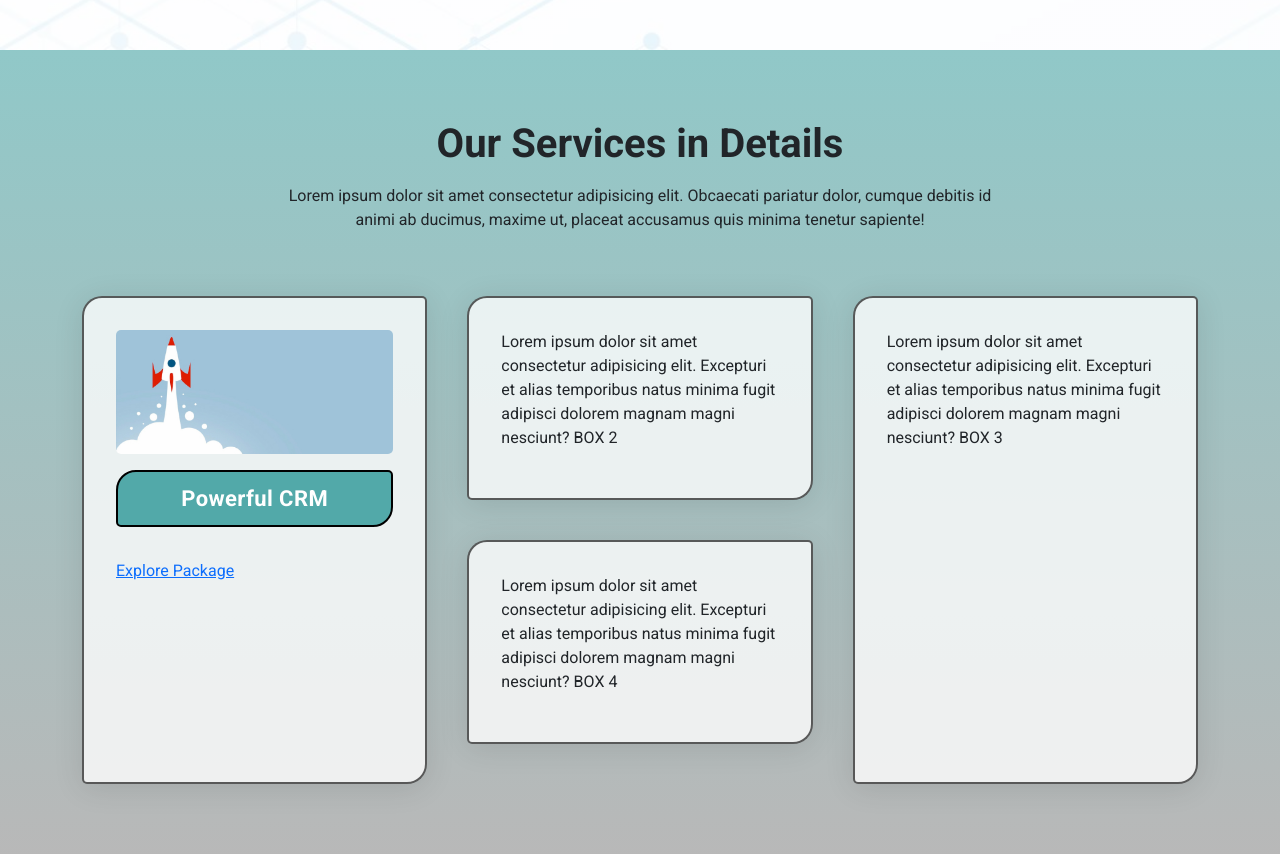
Repository: nazmulalok/landing-page-angelio
Page: index.html
The author's editor kept a copy of each file at every save. The page is drawn from the files as they stood at one save, then again after the next save.
The browser window is 1280 px wide. The pictures show the part of the page from y = 2012 to 2866 px (the page is 2866 px tall).
A picture or video elsewhere on the page could not be fetched, so the positions and the page height are approximate.

Above is the page before, as saved 2022-09-24 12:27:12.

After the next save:
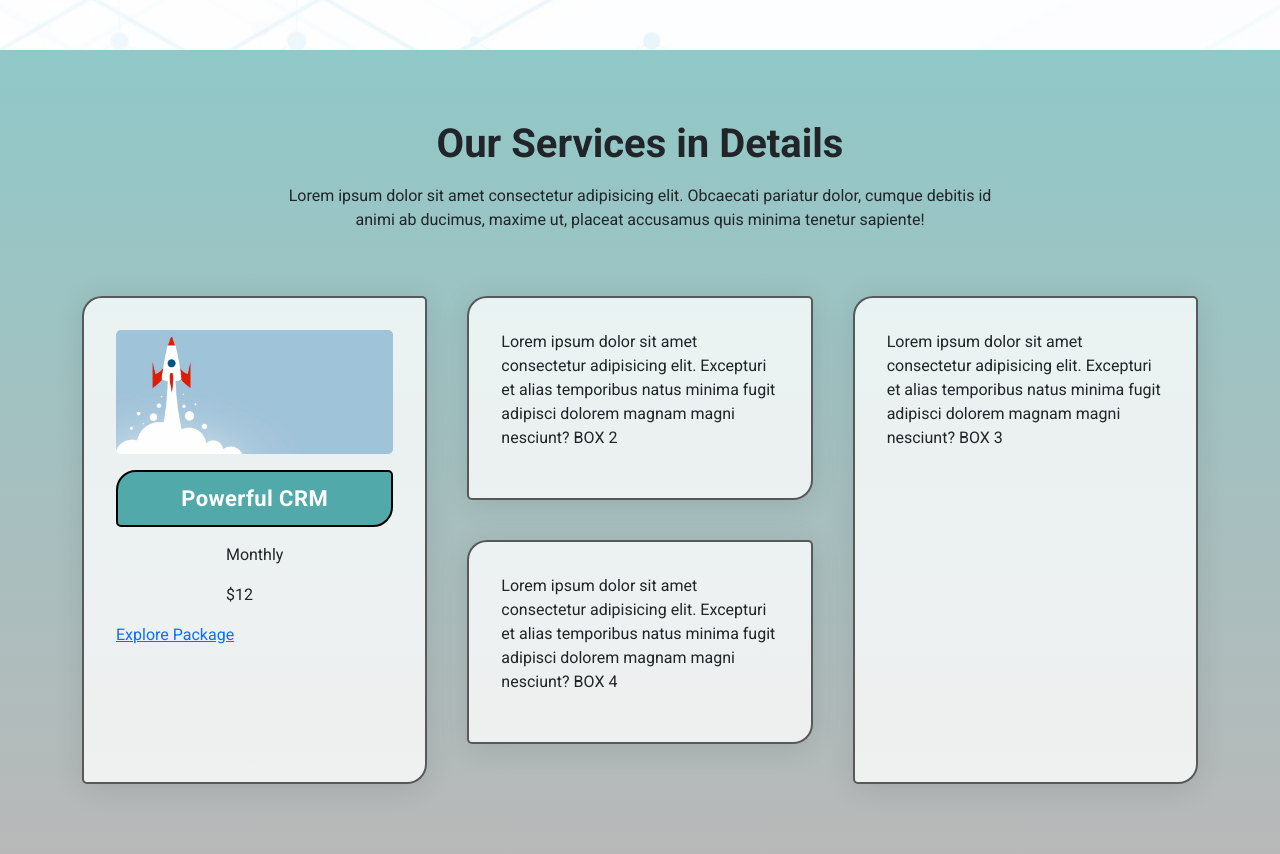
Saved 33 s later.
--- a/index.html
+++ b/index.html
@@ -194,7 +194,8 @@
                         </div>
                         <div class="d-flex justify-content-center">
                             <div class="service-package">
-                                <p></p>
+                                <p>Monthly</p>
+                                <p>$12</p>
                             </div>
                         </div>
                         <a href="#" class="secondary-btn">Explore Package</a>
